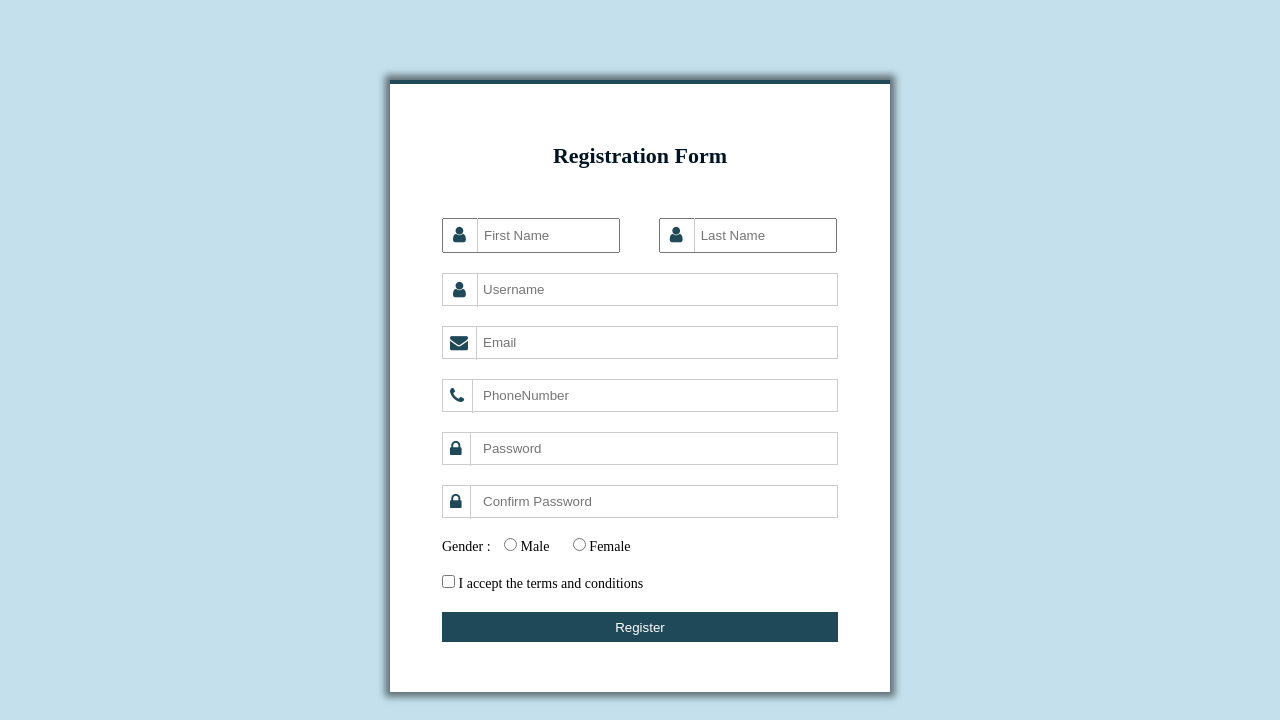
Repository: sampanna17/javabackup
Page: http://localhost/EvoX_CW/pages/register.jsp
These files come from the project's save history. The page is drawn as it stood at one moment and after the next save; the edit follows.
The browser window is 1280 px wide. The pictures show the whole page.
The page is served by Tomcat 9.

Above is the page before, as saved 2024-05-05 11:46:29.

After the next save:
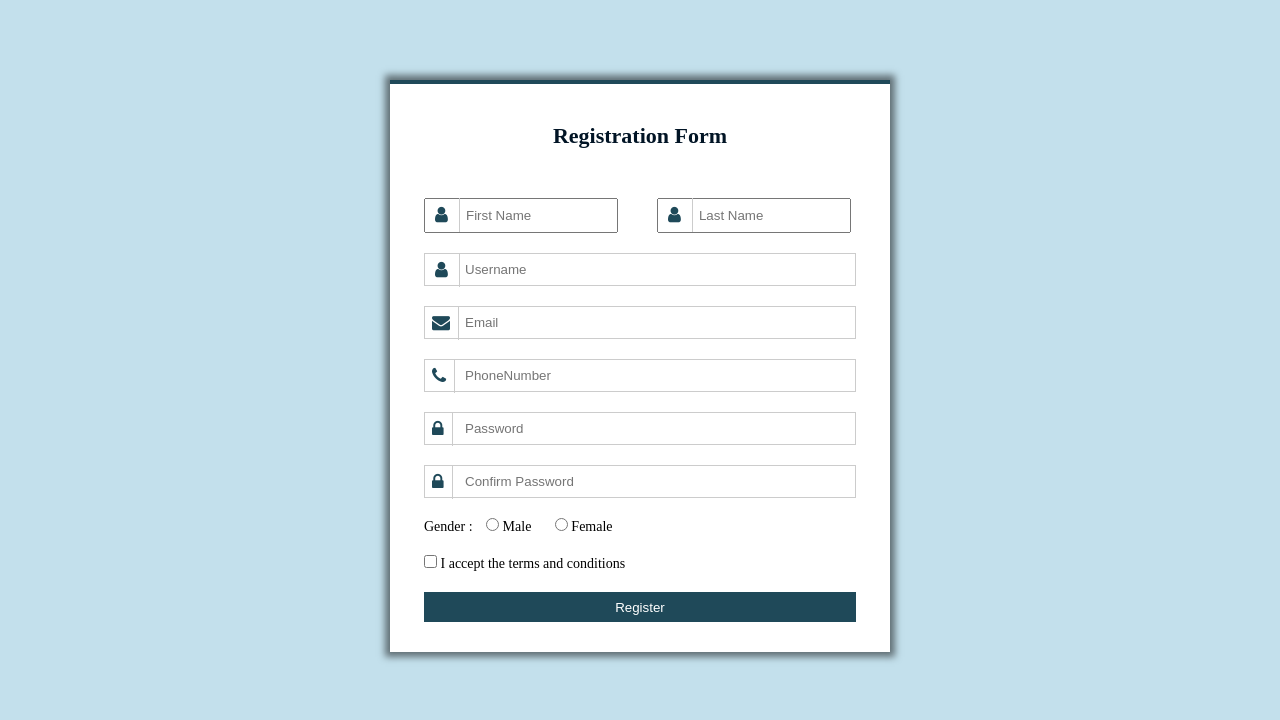
Saved 7 s later.
--- a/EvoX_CW/src/main/webapp/stylesheets/register.css
+++ b/EvoX_CW/src/main/webapp/stylesheets/register.css
@@ -14,7 +14,7 @@ body{
 .container{
     background-color: white;
     width:500px;
-    padding: 30px;
+    padding: 10px;
     margin:80px auto 0;
     border-top: 4px solid#1F4959;
     box-shadow: 0 0 7px 5px rgba(0, 0, 0, 0.5);
